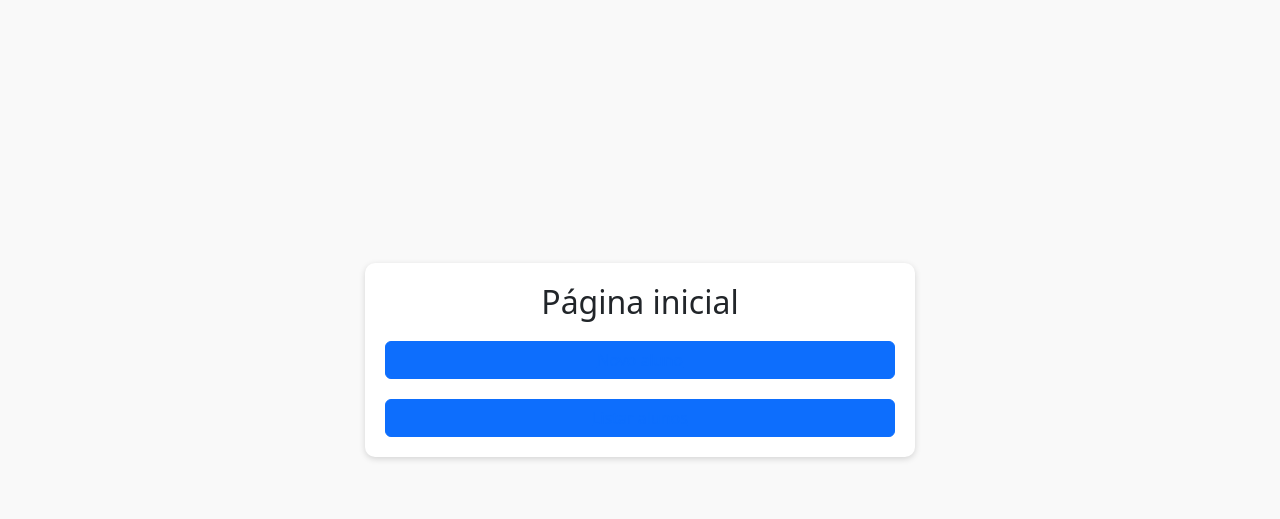
Repository: juliatbarbosa/CRUD-ALUNOS
Page: http://localhost/OlaMundo/alunos/cadastro/index.jsp
The author's editor kept a copy of each file at every save. The page is drawn from the files as they stood at one save, then again after a run of saves.
The browser window is 1280 px wide. The pictures show the whole page.
The page is served by Tomcat 9. Other server files are loaded and not shown.

Above is the page before, as saved 2024-09-30 01:39:22.

### OlaMundo/src/main/webapp/alunos/cadastro/index.jsp
<%@page import="org.alunos.AlunoDAO"%>
<%@ page language="java" contentType="text/html; charset=ISO-8859-1"
    pageEncoding="ISO-8859-1"%>
<!DOCTYPE html>
<html>
<head>
<meta charset="ISO-8859-1">
<title>Página inicial</title>

<link href="https://cdn.jsdelivr.net/npm/bootstrap@5.3.3/dist/css/bootstrap.min.css" rel="stylesheet" integrity="sha384-QWTKZyjpPEjISv5WaRU9OFeRpok6YctnYmDr5pNlyT2bRjXh0JMhjY6hW+ALEwIH" crossorigin="anonymous">
<link href="https://cdn.jsdelivr.net/npm/bootstrap-icons/font/bootstrap-icons.css" rel="stylesheet">

<style>
body {
		display: flex;
		justify-content: center;
		align-items: center;
		height: 100vh;
		background-color: #f9f9f9;

	}

	.conteudoTela {
	background-color: white;
	padding: 20px;
	border-radius: 10px;
	box-shadow: 0 2px 6px 0px rgba(0, 0, 0, 0.15);

	width: 550px
	}

	h1 {
	margin-bottom:20px;
	text-align: center;
	font-size: 32px;
	}

	.botoes {
    display: flex;
    flex-direction: column;
	gap: 20px;
	}

</style>
</head>
<body>

	<div class="conteudoTela">
		<h1>Página inicial</h1>

		<div class="botoes">
				<button type="button" class="btn btn-primary" onclick="window.location.href='formulario.jsp?id=0';">
					<a href="formulario.jsp?id=0">Novo aluno</a>
				</button>
				<button type="button" class="btn btn-primary" onclick="window.location.href='listar.jsp';">
					<a href="listar.jsp">Listar alunos</a>
				</button>

		</div>

	</div>

	<script src="https://cdn.jsdelivr.net/npm/bootstrap@5.3.3/dist/js/bootstrap.bundle.min.js" integrity="sha384-YvpcrYf0tY3lHB60NNkmXc5s9fDVZLESaAA55NDzOxhy9GkcIdslK1eN7N6jIeHz" crossorigin="anonymous"></script>
</body>
</html>

After the next 2 saves:
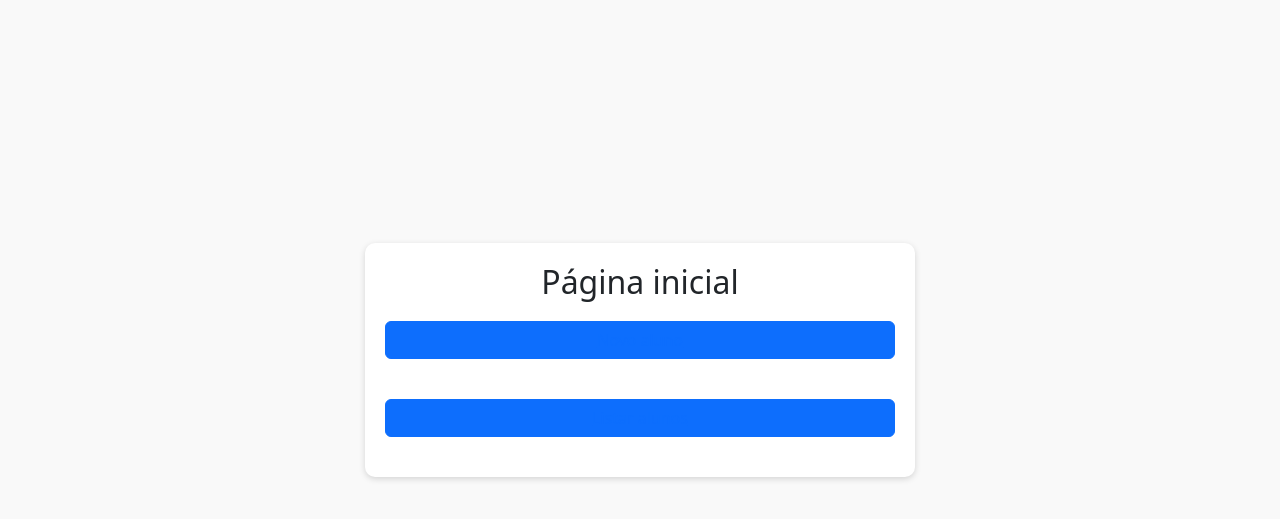
The 2 saves are shown as one change because they came seconds apart.
The last was saved 7 s later.
--- a/OlaMundo/src/main/webapp/alunos/cadastro/index.jsp
+++ b/OlaMundo/src/main/webapp/alunos/cadastro/index.jsp
@@ -50,10 +50,10 @@ body {
 
 		<div class="botoes">
 				<button type="button" class="btn btn-primary" onclick="window.location.href='formulario.jsp?id=0';">
-					<a href="formulario.jsp?id=0">Novo aluno</a>
+					<a href="formulario.jsp?id=0">Novo aluno
 				</button>
 				<button type="button" class="btn btn-primary" onclick="window.location.href='listar.jsp';">
-					<a href="listar.jsp">Listar alunos</a>
+					<a href="listar.jsp">Listar alunos
 				</button>
 
 		</div>
